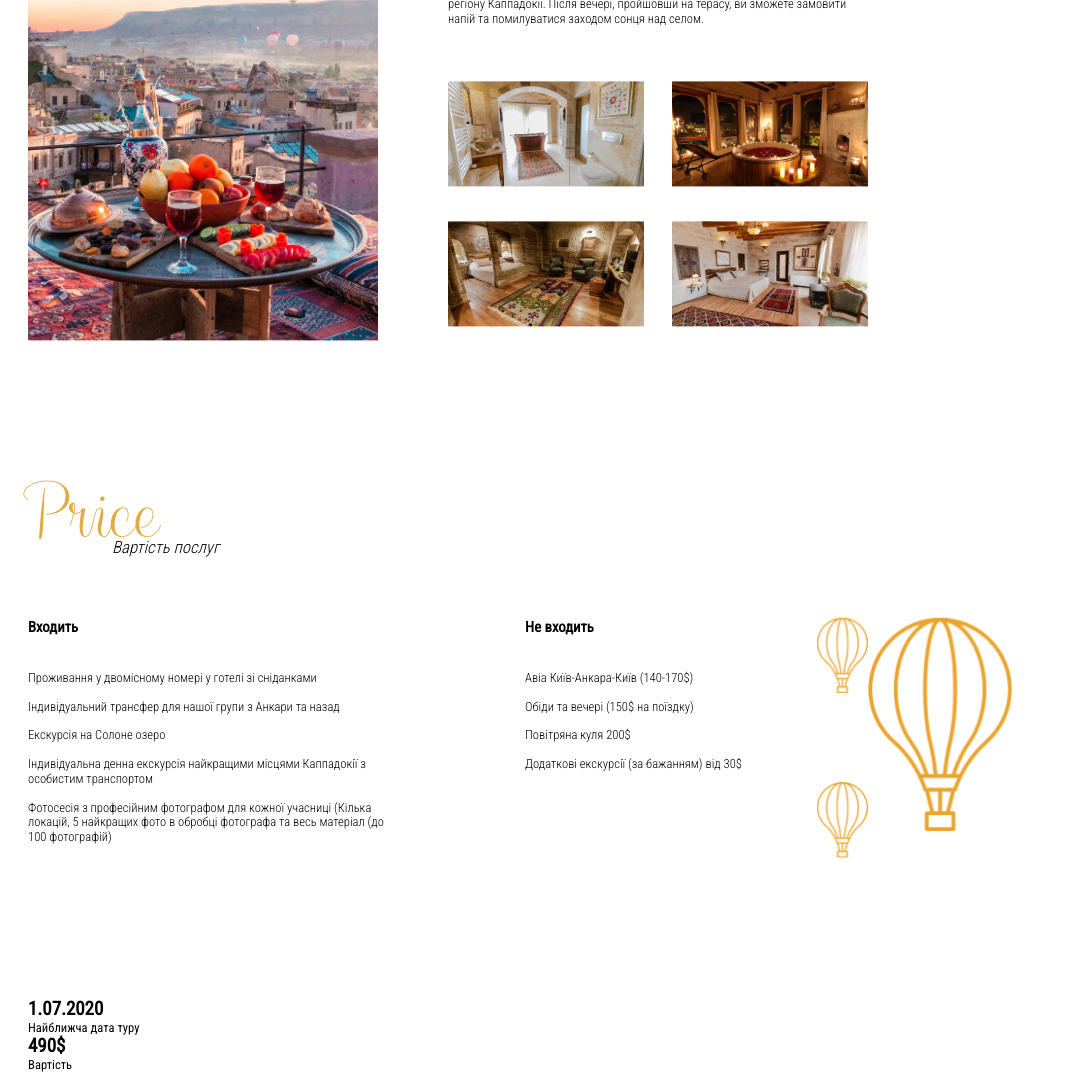
Repository: KYUUBI-K/cappadocia
Page: index.html
An editor plug-in stored every save of this project. The page is shown before and after the next save, followed by the edit.
The browser window is 1280 px wide. The page is 1540 px wide, so the pictures cover 1540 px, including what lies to the right of the window. The pictures show the part of the page from y = 3746 to 5346 px (the page is 5277 px tall before and 5346 px after), at 70% of full size.

Above is the page before, as saved 2025-08-21 19:56:59.

After the next save:
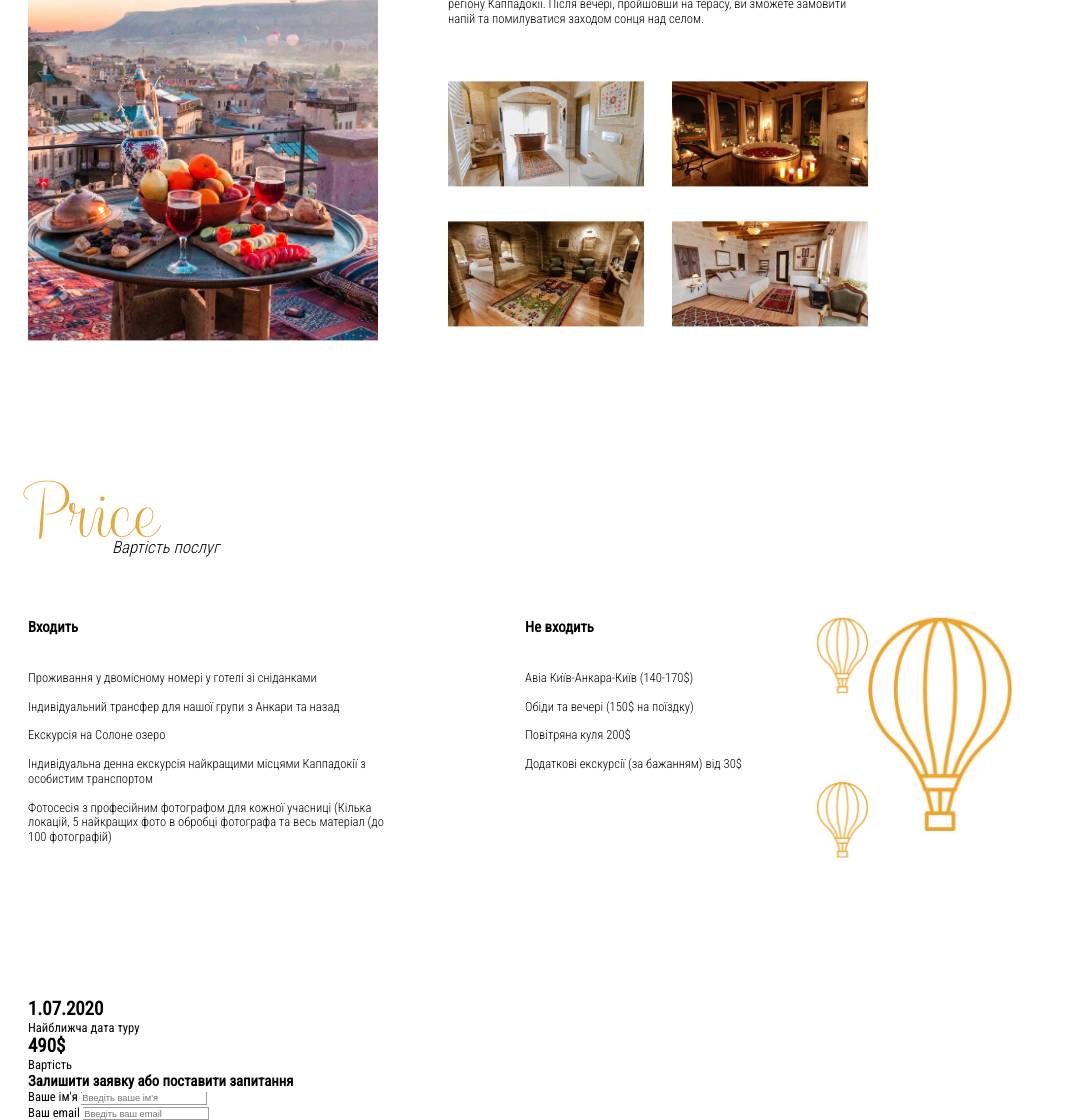
Saved 65 s later.
--- a/index.html
+++ b/index.html
@@ -365,7 +365,18 @@
           <h2 class="form-price-text">490$</h2>
           <p class="form-price-subtitle-text">Вартість</p>
         </div>
-        <div class="form-content"></div>
+        <div class="form-content">
+          <h3>Залишити заявку або поставити запитання</h3>
+          <form action="">
+            <div class="form-group">
+              <label for="name">Ваше ім'я</label>
+              <input type="text" id="name" name="name" placeholder="Введіть ваше ім'я" required />
+            </div>
+            <div class="form-group">
+              <label for="email">Ваш email</label>
+              <input type="email" id="email" name="email" placeholder="Введіть ваш email" required />
+          </form>
+        </div>
       </div>
     </section>
   </body>
